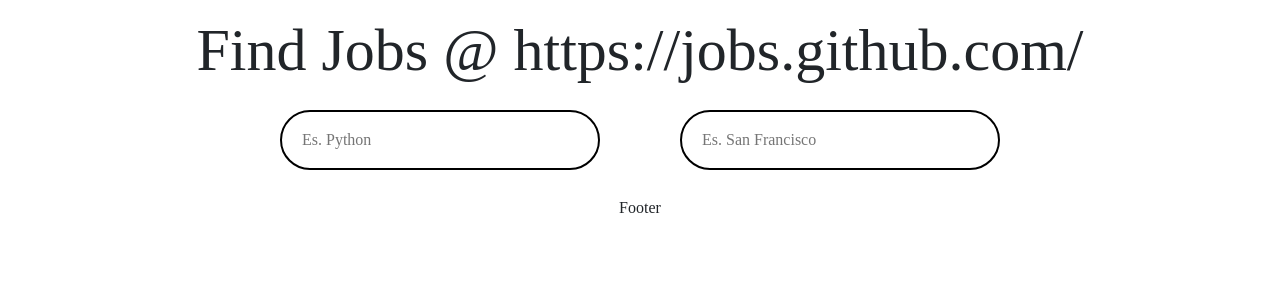
Repository: sokafootball/job-finder
Page: /
These files come from the project's save history. The page is drawn as it stood at one moment and after a run of saves; the edit follows.
The browser window is 1280 px wide. The pictures show the whole page.
The page's requests for data from a server got no answer. The project was rebuilt for these pictures with package versions that can differ from the ones it lists, and the page was loaded fresh each time. No one was signed in, and anything a server would have sent is missing. Also part of the build but not shown: src/components/Footer/Footer.css, src/components/JobCard/JobCard.css, src/components/JobCard/JobCard.js.

Above is the page before, as saved 2020-10-22 17:09:36.

After the next 3 saves:
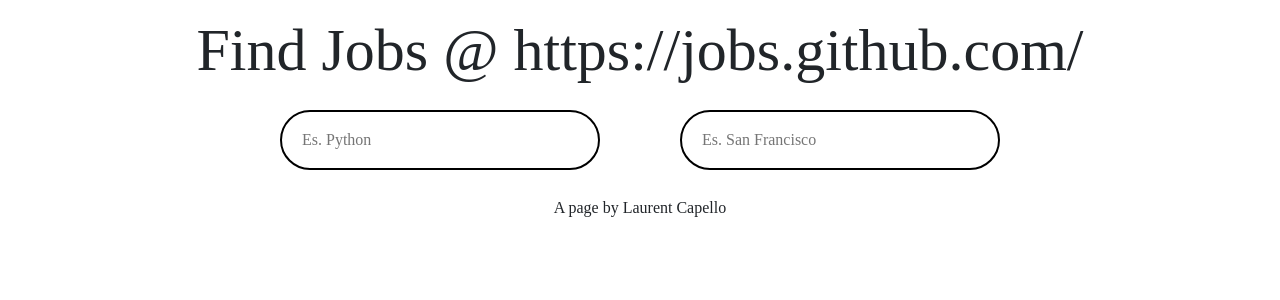
The 3 saves are shown as one change because they came seconds apart.
The last was saved 2 min 18 s later.
--- a/src/components/Footer/Footer.js
+++ b/src/components/Footer/Footer.js
@@ -3,9 +3,7 @@
 
 function Footer(){
   return (
-    <div>
-      Footer
-    </div>
+    <p>A page by <span id="signature">Laurent Capello</span></p>
   )
 }
 
